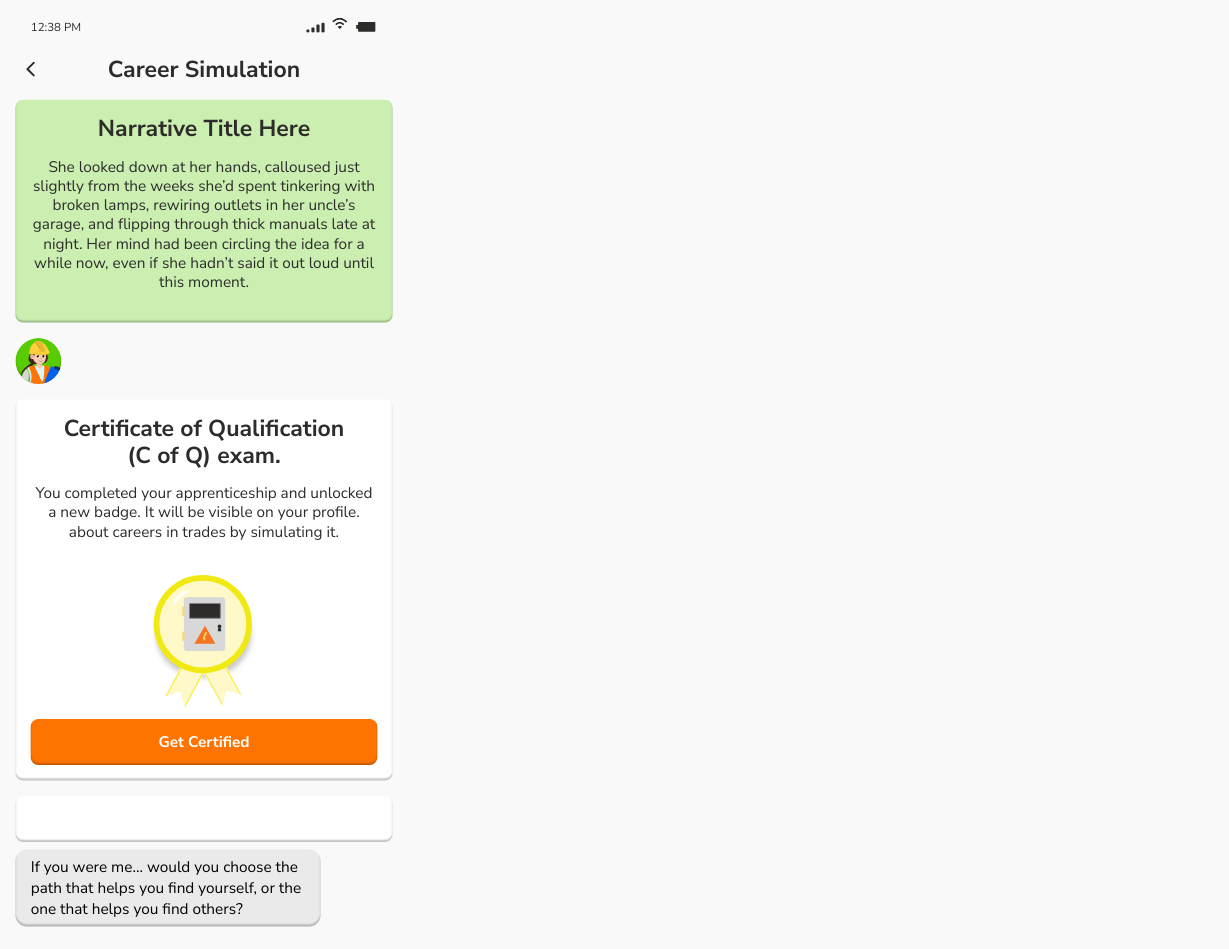
Repository: daniel-liu01/week10books
Page: /
An editor plug-in stored every save of this project. The page is shown before and after the next save, followed by the edit.
The browser window is 1280 px wide. The pictures show the whole page, at 96% of full size.
The project was rebuilt for these pictures with package versions that can differ from the ones it lists, and the page was loaded fresh each time. Also part of the build but not shown: vite.config.js, vite.config.ts, src/App.css, app/Simulation/Simulation.module.css, components/InfoModal/InfoModal.module.css, components/InfoModal/InfoModal.jsx, app/Simulation/Simulation.jsx.

Above is the page before, as saved 2025-10-22 12:50:54.

### index.html
<!DOCTYPE html>
<html lang="en">
    <head>
        <meta charset="UTF-8" />
        <link
            rel="icon"
            type="image/svg+xml"
            href="/vite.svg" />
        <meta
            name="viewport"
            content="width=device-width, initial-scale=1.0" />
        <title>frontend</title>
        <link
            rel="preconnect"
            href="https://fonts.googleapis.com" />
        <link
            rel="preconnect"
            href="https://fonts.gstatic.com"
            crossorigin />
        <link
            href="https://fonts.googleapis.com/css2?family=Nunito+Sans:ital,opsz,wght@0,6..12,200..1000;1,6..12,200..1000&display=swap"
            rel="stylesheet" />
    </head>
    <body>
        <div id="root"></div>
        <script
            type="module"
            src="/src/main.jsx"></script>
    </body>
</html>

### src/index.css
/* ------------------------------------------------------ GENERAL STYLES ------------------------------------------------------ */
*,
*::before,
*::after {
    box-sizing: inherit;
}

html,
body {
    font-family: var(--font-family);
    box-sizing: border-box;
    background-color: var(--offwhite-500);
}

body {
    width: 393px;
    min-height: 100vh;
    margin: 16px;
    display: flex;
    flex-direction: column;
    gap: var(--space-large);
}

html {
    display: flex;
    align-items: flex-start;
}

/* ------------------------------------------------------ VARIABLES ------------------------------------------------------ */
:root {
    /* ----- COLORS ----- */
    --primary-50: #fff1e6;
    --primary-100: #ffd4b0;
    --primary-200: #ffbf8a;
    --primary-300: #ffa155;
    --primary-400: #ff8f34;
    --primary-500: #ff7301;
    --primary-600: #e86901;
    --primary-700: #b55201;
    --primary-800: #8c3f01;
    --primary-900: #6b3000;

    --secondary-50: #eefae6;
    --secondary-100: #cbefb1;
    --secondary-200: #b2e88b;
    --secondary-300: #8fdd55;
    --secondary-400: #79d635;
    --secondary-500: #58cc02;
    --secondary-600: #50ba02;
    --secondary-700: #3e9101;
    --secondary-800: #307001;
    --secondary-900: #255601;

    /* -- neutral colors -- */

    --offwhite-500: #f9f9f9;
    --white: #ffffff;
    --black-50: #eaeaea;
    --black-100: #bebebd;
    --black-200: #9e9e9d;
    --black-300: #727271;
    --black-400: #575655;
    --black-500: #2d2c2b;

    /* ----- TYPE ----- */
    --font-family: "Nunito Sans", sans-serif;

    --font-size-extra-large: 88px;
    --font-size-large: 30px;
    --font-size-extra-medium: 24px;
    --font-size-medium: 20px;
    --font-size-regular: 16px;
    --font-size-small: 12px;
    --font-size-extra-small: 10px;

    --font-style-normal: normal;
    --font-weight-bold: bold;

    --line-height-xxlarge: 100px;
    --line-height-large: 36px;
    --line-height-medium: 28px;
    --line-height-small: 20px;

    /* ----- SPACING ----- */
    --space-extra-small: 4px;
    --space-small: 8px;
    --space-regular: 16px;
    --space-medium: 32px;
    --space-large: 48px;
    --space-extra-large: 140px;

    /* ----- Inner shadow ----- */
    --inner-shadow: 0 -2px 2px 0 rgba(0, 0, 0, 0.25);
}

### src/App.jsx
import { useState } from "react";
import { BrowserRouter as Router, Routes, Route } from "react-router-dom";
import "./App.css";

import Simulation from "../app/Simulation/Simulation";
import SimulationChat from "../app/SimulationChat/SimulationChat";
import TextBubble from "../components/TextBubble/TextBubble";

function App() {
    return (
        <div>
            <SimulationChat />
            <TextBubble
                textType='ai'
                text='If you were me… would you choose the path that helps you find yourself, or the one that helps you find others?'
            />
        </div>
    );
}

export default App;

### app/SimulationChat/SimulationChat.jsx
import styles from "./SimulationChat.module.css";
import StatusBar from "../../components/StatusBar/StatusBar";
import HeadingBar from "../../components/HeadingBar/HeadingBar";
import PopUp from "../../components/PopUp/PopUp";
import NarrativeBox from "../../components/NarrativeBox/NarrativeBox";
import AnnaAvatar from "../../components/AnnaAvatar/AnnaAvatar";
import Menu from "../../components/Menu/Menu";

function SimulationChat() {
    return (
        <div className={styles.container}>
            <StatusBar />
            <HeadingBar />
            <NarrativeBox
                title='Narrative Title Here'
                description='She looked down at her hands, calloused just slightly from the weeks she’d spent tinkering with broken lamps, rewiring outlets in her uncle’s garage, and flipping through thick manuals late at night. Her mind had been circling the idea for a while now, even if she hadn’t said it out loud until this moment.'
            />
            <AnnaAvatar />
            <PopUp />
            <Menu />
        </div>
    );
}

export default SimulationChat;

### components/TextBubble/TextBubble.jsx
import styles from "./TextBubble.module.css";

export default function TextBubble({ textType, text }) {
    if (textType === "ai") {
        return (
            <div className={styles.containerAi}>
                <p className={styles.textAi}>{text}</p>
            </div>
        );
    }
    return (
        <>
            <div className={styles.containerUser}>
                <p className={styles.textUser}>{text}</p>
            </div>
        </>
    );
}

### components/StatusBar/StatusBar.jsx
import styles from "./StatusBar.module.css";
import Hour from "../Hour/Hour";

const StatusBar = () => {
    return (
        <div className={styles.container}>
            <Hour />
            <div className={styles.right}>
                <svg
                    className={styles.icon}
                    width='20'
                    height='11'
                    viewBox='0 0 20 11'
                    fill='none'
                    xmlns='http://www.w3.org/2000/svg'>
                    <rect
                        x='15.8765'
                        y='0.600098'
                        width='3.23284'
                        height='10.2222'
                        rx='1.02778'
                    />
                    <rect
                        x='10.6338'
                        y='2.64453'
                        width='3.23284'
                        height='8.17778'
                        rx='1.02778'
                    />
                    <rect
                        x='5.3916'
                        y='5.71094'
                        width='3.23284'
                        height='5.11111'
                        rx='1.02778'
                    />
                    <rect
                        x='0.0327148'
                        y='7.75537'
                        width='3.23284'
                        height='3.06667'
                        rx='1.02778'
                    />
                </svg>

                <svg
                    className={styles.icon}
                    width='22'
                    height='20'
                    viewBox='0 0 22 20'
                    fill='none'
                    xmlns='http://www.w3.org/2000/svg'>
                    <mask
                        id='path-1-inside-1_2157_1042'
                        fill='white'>
                        <path d='M15.9006 7.3897C15.3805 6.57002 14.6486 5.88977 13.7741 5.41333C12.8995 4.93689 11.9113 4.68001 10.9029 4.66702C9.89445 4.65403 8.89922 4.88535 8.01135 5.33908C7.12349 5.79281 6.37237 6.45396 5.82907 7.25994L7.69376 8.391C8.03417 7.88601 8.50479 7.47176 9.06109 7.18747C9.6174 6.90317 10.241 6.75824 10.8728 6.76638C11.5046 6.77452 12.1238 6.93547 12.6718 7.23399C13.2197 7.53251 13.6783 7.95873 14.0042 8.47231L15.9006 7.3897Z' />
                    </mask>
                    <path
                        d='M15.9006 7.3897C15.3805 6.57002 14.6486 5.88977 13.7741 5.41333C12.8995 4.93689 11.9113 4.68001 10.9029 4.66702C9.89445 4.65403 8.89922 4.88535 8.01135 5.33908C7.12349 5.79281 6.37237 6.45396 5.82907 7.25994L7.69376 8.391C8.03417 7.88601 8.50479 7.47176 9.06109 7.18747C9.6174 6.90317 10.241 6.75824 10.8728 6.76638C11.5046 6.77452 12.1238 6.93547 12.6718 7.23399C13.2197 7.53251 13.6783 7.95873 14.0042 8.47231L15.9006 7.3897Z'
                        strokeWidth='4.11111'
                        mask='url(#path-1-inside-1_2157_1042)'
                    />
                    <mask
                        id='path-2-inside-2_2157_1042'
                        fill='white'>
                        <path d='M19.0832 4.55309C18.1524 3.34672 16.9405 2.3605 15.542 1.67127C14.1435 0.982029 12.5961 0.608389 11.0204 0.579456C9.4447 0.550522 7.88323 0.867077 6.45765 1.50446C5.03207 2.14184 3.78086 3.08283 2.80152 4.25413L4.5268 5.55219C5.29548 4.63284 6.27755 3.89425 7.39649 3.39397C8.51543 2.8937 9.74102 2.64523 10.9778 2.66794C12.2145 2.69065 13.4291 2.98392 14.5268 3.5249C15.6245 4.06588 16.5757 4.83997 17.3063 5.78684L19.0832 4.55309Z' />
                    </mask>
                    <path
                        d='M19.0832 4.55309C18.1524 3.34672 16.9405 2.3605 15.542 1.67127C14.1435 0.982029 12.5961 0.608389 11.0204 0.579456C9.4447 0.550522 7.88323 0.867077 6.45765 1.50446C5.03207 2.14184 3.78086 3.08283 2.80152 4.25413L4.5268 5.55219C5.29548 4.63284 6.27755 3.89425 7.39649 3.39397C8.51543 2.8937 9.74102 2.64523 10.9778 2.66794C12.2145 2.69065 13.4291 2.98392 14.5268 3.5249C15.6245 4.06588 16.5757 4.83997 17.3063 5.78684L19.0832 4.55309Z'
                        strokeWidth='4.11111'
                        mask='url(#path-2-inside-2_2157_1042)'
                    />
                    <path d='M13.5162 9.77759L10.8222 12.3331L8.66699 9.77759L9.23963 9.50599C10.2507 9.02643 11.4136 8.97977 12.4599 9.37676L13.5162 9.77759Z' />
                </svg>

                <svg
                    className={styles.icon}
                    width='24'
                    height='24'
                    viewBox='0 0 24 24'
                    fill='none'
                    xmlns='http://www.w3.org/2000/svg'>
                    <path d='M5 17C4.71667 17 4.47917 16.9042 4.2875 16.7125C4.09583 16.5208 4 16.2833 4 16V14H2V10H4V8C4 7.71667 4.09583 7.47917 4.2875 7.2875C4.47917 7.09583 4.71667 7 5 7H21C21.2833 7 21.5208 7.09583 21.7125 7.2875C21.9042 7.47917 22 7.71667 22 8V16C22 16.2833 21.9042 16.5208 21.7125 16.7125C21.5208 16.9042 21.2833 17 21 17H5Z' />
                </svg>
            </div>
        </div>
    );
};

export default StatusBar;

### components/HeadingBar/HeadingBar.jsx
import styles from "./HeadingBar.module.css";
import ArrowBack from "../ArrowBack/ArrowBack";

function HeadingBar() {
    return (
        <div className={styles.heading_container}>
            <ArrowBack />
            <h1 className={styles.heading_pageTitle}>Career Simulation</h1>
            <div className={styles.heading_placeholder}></div>
        </div>
    );
}

export default HeadingBar;

### components/Card/Card.jsx
import styles from "./Card.module.css";
import Button from "../../components/Button/Button";

function Card({
    image,
    title,
    description,
    type,
    valueOfButton,
    typeOfButton,
    sizeOfButton,
}) {
    return (
        <>
            {type === "regular" && (
                <div className={styles.container}>
                    <div className={styles.content}>
                        <h3 className={styles.title}>{title}</h3>
                        <p className={styles.description}>{description}</p>
                    </div>
                    {image && (
                        <div className={styles.image_wrapper}>
                            <img
                                src={image}
                                alt={title}
                                className={styles.image}
                            />
                        </div>
                    )}
                </div>
            )}
            {type === "button" && (
                <div className={styles.container}>
                    <div className={styles.content}>
                        <h3 className={styles.title}>{title}</h3>
                        <p className={styles.description}>{description}</p>
                    </div>
                    {image && (
                        <div className={styles.image_wrapper}>
                            <img
                                src={image}
                                alt={title}
                                className={styles.image}
                            />
                        </div>
                    )}
                    <Button
                        type={typeOfButton}
                        size={sizeOfButton}
                        value={valueOfButton}
                        onClick={() => console.log("clicked")}
                        isDisabled={false}
                    />
                </div>
            )}
        </>
    );
}

export default Card;

### components/Button/Button.jsx
import styles from "./Button.module.css";

function Button({
    type = "primary",
    isDisabled = false,
    size = "default",
    value,
    onClick,
}) {
    let buttonClass = styles.button;

    if (type === "primary") buttonClass += ` ${styles.primary}`;
    if (type === "secondary") buttonClass += ` ${styles.secondary}`;
    if (type === "terciary") buttonClass += ` ${styles.terciary}`;
    if (type === "warning") buttonClass += ` ${styles.error}`;
    if (size === "small") buttonClass += ` ${styles.small}`;
    if (size === "large") buttonClass += ` ${styles.large}`;
    if (isDisabled) buttonClass += ` ${styles.disabled}`;

    return (
        <input
            type='button'
            className={buttonClass}
            value={value}
            onClick={onClick}
            disabled={isDisabled}
        />
    );
}

export default Button;

### components/Menu/Menu.jsx
import styles from "./Menu.module.css";

function Menu() {
    return <div className={styles.container}></div>;
}

export default Menu;

### app/SimulationChat/SimulationChat.module.css
.container {
    display: flex;
    flex-direction: column;
    gap: var(--space-regular);
}

### components/PopUp/PopUp.jsx
import Card from "../../components/Card/Card";

function PopUp() {
    return (
        <div>
            <Card
                title={
                    <>
                        Certificate of Qualification <br /> (C of Q) exam.
                    </>
                }
                description={
                    <>
                        You completed your apprenticeship and unlocked
                        <br />a new badge. It will be visible on your profile.
                        about careers in trades by simulating it.
                    </>
                }
                image='/Electrician.svg'
                type='button'
                valueOfButton='Get Certified'
                typeOfButton='primary'
                sizeOfButton='large'
            />
        </div>
    );
}

export default PopUp;

### components/NarrativeBox/NarrativeBox.jsx
import styles from "./NarrativeBox.module.css";

function NarrativeBox({ title, description }) {
    return (
        <div className={styles.container}>
            <div className={styles.content}>
                <h3 className={styles.title}>{title}</h3>
                <p className={styles.description}>{description}</p>
            </div>
        </div>
    );
}

export default NarrativeBox;

### components/AnnaAvatar/AnnaAvatar.jsx
import styles from "./AnnaAvatar.module.css";

function AnnaAvatar() {
    return (
        <img
            className={styles.image}
            src='AnnaAvatar.svg'
            alt='Anna Avatar'
        />
    );
}

export default AnnaAvatar;

### components/TextBubble/TextBubble.module.css
.containerAi,
.containerUser {
    border-radius: 12px;
    padding: var(--space-regular);
    display: flex;
    align-items: center;
    margin: 8px 0;
    box-shadow: var(--inner-shadow) inset;
}

.containerAi {
    background-color: var(--black-50);
    width: 318px;
    height: 80px;
}

.textAI {
    color: var(--black-500);
    font-size: var(--font-size-small);
}

### components/StatusBar/StatusBar.module.css
.container {
    display: flex;
    flex-direction: row;
    align-items: center;
    justify-content: space-between;
    width: 393px;
    padding: 0 var(--space-regular);
    margin: 0;
}

.right {
    display: flex;
    align-items: center;
    gap: var(--space-extra-small);
}

.icon {
    fill: var(--black-500);
}

### components/Hour/Hour.jsx
"use client";
import { useEffect, useState } from "react";
import styles from "./Hour.module.css";

const Hour = () => {
    const [currentTime, setCurrentTime] = useState(new Date());

    useEffect(() => {
        const timer = setInterval(() => {
            setCurrentTime(new Date());
        }, 1000);

        return () => clearInterval(timer);
    }, []);

    const formattedTime = currentTime.toLocaleTimeString("en-US", {
        hour: "2-digit",
        minute: "2-digit",
        hour12: true,
    });

    return <div className={styles.hour}>{formattedTime}</div>;
};

export default Hour;

### components/HeadingBar/HeadingBar.module.css
.heading_container {
    width: 100%;
    display: flex;
    align-items: center;
    justify-content: space-between;
    gap: var(--space-small);
    margin: 0;
    padding: 0;
}

.heading_pageTitle {
    font-weight: var(--font-weight-bold);
    font-size: var(--font-size-extra-medium);
    margin: 0;
    line-height: 1;
    color: var(--black-500);
}

.heading_placeholder {
    width: var(--space-medium);
    height: var(--space-medium);
    visibility: hidden;
}

### components/ArrowBack/ArrowBack.jsx
import styles from "./ArrowBack.module.css";

function ArrowBack() {
    return (
        <div className={styles.arrow_container}>
            <svg
                className={styles.arrow_icon}
                xmlns='http://www.w3.org/2000/svg'
                width='16'
                height='16'
                viewBox='0 0 12 20'
                fill='none'>
                <path
                    d='M10.7071 19.2929C10.3166 19.6834 9.68342 19.6834 9.29289 19.2929L0.707106 10.7071C0.316582 10.3166 0.316583 9.68342 0.707107 9.29289L9.29289 0.707106C9.68342 0.316582 10.3166 0.316582 10.7071 0.707107L11.0679 1.06789C11.4584 1.45842 11.4584 2.09158 11.0679 2.48211L3.55 10L11.0679 17.5179C11.4584 17.9084 11.4584 18.5416 11.0679 18.9321L10.7071 19.2929Z'
                    fill='currentColor'
                />
            </svg>
        </div>
    );
}

export default ArrowBack;

### components/Card/Card.module.css
.container {
    display: flex;
    flex-direction: column;
    justify-content: space-between;
    align-items: center;
    border-radius: var(--space-small);
    background: var(--white);
    box-shadow: var(--inner-shadow) inset;
    padding: var(--space-regular);
}

.content {
    display: flex;
    flex-direction: column;
    justify-content: space-between;
    align-items: center;
    font-family: var(--font-family);
    color: var(--black-500);
    text-align: center;
    gap: var(--space-regular);
}

.title {
    font-size: var(--font-size-extra-medium);
    font-weight: var(--font-weight-bold);
    line-height: var(--line-height-medium);
    margin: 0;
}

.description {
    font-size: var(--font-size-regular);
    line-height: var(--line-height-small);
    margin: 0;
    margin-bottom: var(--space-regular);
}

.image_wrapper {
}

.image {
}

### components/Button/Button.module.css
.button {
    display: block;
    width: 361px;
    height: var(--space-large);
    line-height: var(--line-height-large);
    text-align: center;

    font-family: var(--font-family);
    font-size: var(--font-size-regular);
    font-weight: var(--font-weight-bold);

    padding: 0 var(--space-regular);
    margin: 0;
    border-radius: var(--space-small);
    border: none;
    box-shadow: var(--inner-shadow) inset;
    cursor: pointer;
    transition: background-color 0.2s ease-in-out, color 0.2s ease-in-out;
}

.button:hover {
    background-color: var(--primary-700);
    color: var(--white);
}

.primary {
    background-color: var(--primary-500);
    color: var(--white);
}

.large {
    width: 100%;
    height: var(--space-large);
}

### components/Menu/Menu.module.css
.container {
    display: flex;
    width: 100%;
    height: var(--space-large);
    justify-content: center;
    align-items: center;
    gap: var(--space-medium);
    border-radius: var(--space-small);
    background: var(--white);
    box-shadow: var(--inner-shadow) inset;
}

### components/NarrativeBox/NarrativeBox.module.css
.container {
    display: flex;
    flex-direction: column;
    justify-content: space-between;
    align-items: center;
    border-radius: var(--space-small);
    background: var(--secondary-100);
    box-shadow: var(--inner-shadow) inset;
    padding: var(--space-regular);
}

.content {
    display: flex;
    flex-direction: column;
    justify-content: space-between;
    align-items: center;
    font-family: var(--font-family);
    color: var(--black-500);
    text-align: center;
    gap: var(--space-regular);
}

.title {
    font-size: var(--font-size-extra-medium);
    font-weight: var(--font-weight-bold);
    line-height: var(--line-height-medium);
    margin: 0;
}

.description {
    font-size: var(--font-size-regular);
    line-height: var(--line-height-small);
    margin: 0;
    margin-bottom: var(--space-regular);
}

### components/AnnaAvatar/AnnaAvatar.module.css
.image {
    width: var(--space-large);
}

### components/Hour/Hour.module.css
.hour {
    color: var(--black-500);
    font-family: var(--font-family);
    font-size: var(--font-size-small);
}

### components/ArrowBack/ArrowBack.module.css
.arrow_container {
    display: inline-flex;
    align-items: center;
    justify-content: center;
    background: none;
    border: none;
    cursor: pointer;
    padding: 0;
    width: var(--space-medium);
    height: var(--space-medium);
}

.arrow_icon {
    color: var(--black-500);
    width: var(--space-regular);
    height: var(--space-regular);
}

.arrow_container:hover .arrow_icon {
    color: var(--primary-500);
}

Loaded but not shown: src/main.jsx (common file)

After the next save:
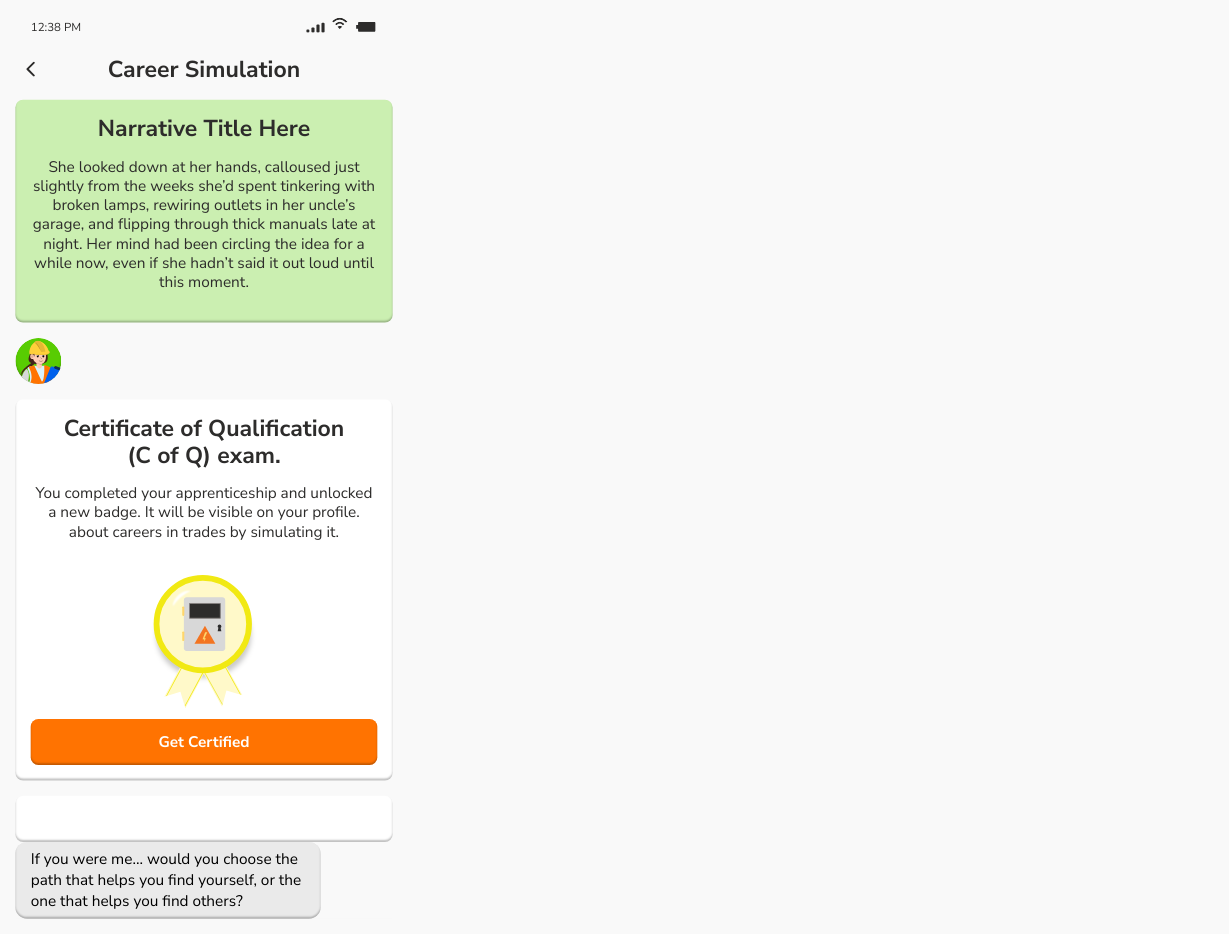
Saved 1 s later.
--- a/components/TextBubble/TextBubble.module.css
+++ b/components/TextBubble/TextBubble.module.css
@@ -4,7 +4,6 @@
     padding: var(--space-regular);
     display: flex;
     align-items: center;
-    margin: 8px 0;
     box-shadow: var(--inner-shadow) inset;
 }
 
